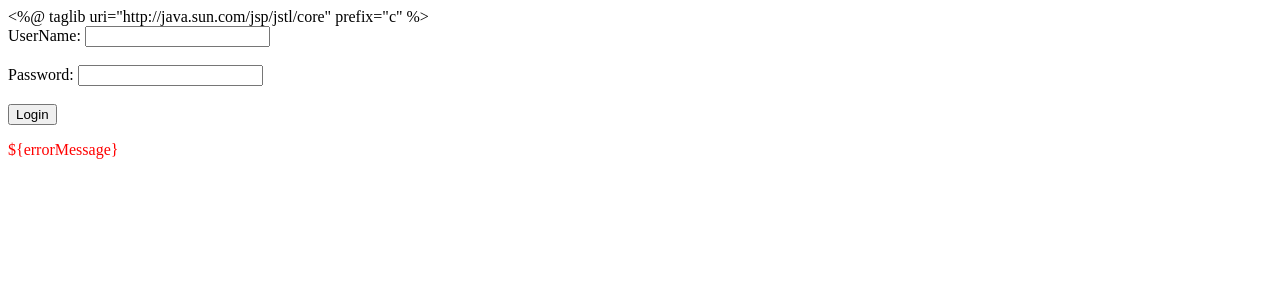
Repository: KnOX-07/eclipse-workspace
Page: LoginPage/src/main/webapp/index.html
These files come from the project's save history. The page is drawn as it stood at one moment and after the next save; the edit follows.
The browser window is 1280 px wide. The pictures show the whole page.

Above is the page before, as saved 2024-08-06 16:36:34.

### LoginPage/src/main/webapp/index.html
<%@ taglib uri="http://java.sun.com/jsp/jstl/core" prefix="c" %>
<!DOCTYPE html>
<html>
<head>
    <title>Login Page</title>
</head>
<body>
    <form action="LogServlet" method="post">
        <label for="username">UserName:</label>
        <input type="text" id="username" name="username" required><br><br>
        <label for="password">Password:</label>
        <input type="password" id="password" name="password" required><br><br>
        <input type="submit" value="Login">
    </form>
    <div id="error" style="color: red;">
        <c:if test="${not empty errorMessage}">
            ${errorMessage}
        </c:if>
    </div>
</body>
</html>

After the next save:
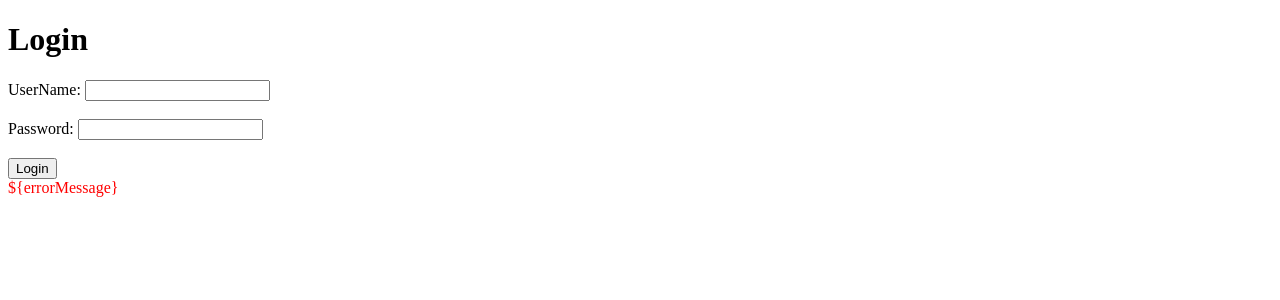
Saved 4 min 5 s later.
--- a/LoginPage/src/main/webapp/index.html
+++ b/LoginPage/src/main/webapp/index.html
@@ -1,11 +1,11 @@
-<%@ taglib uri="http://java.sun.com/jsp/jstl/core" prefix="c" %>
 <!DOCTYPE html>
 <html>
 <head>
     <title>Login Page</title>
 </head>
 <body>
-    <form action="LogServlet" method="post">
+    <h1>Login</h1>
+    <form action="LoginServlet" method="post">
         <label for="username">UserName:</label>
         <input type="text" id="username" name="username" required><br><br>
         <label for="password">Password:</label>
@@ -13,9 +13,7 @@
         <input type="submit" value="Login">
     </form>
     <div id="error" style="color: red;">
-        <c:if test="${not empty errorMessage}">
-            ${errorMessage}
-        </c:if>
-    </div>
+        <!-- Error message will be displayed here -->
+        ${errorMessage}
 </body>
 </html>
